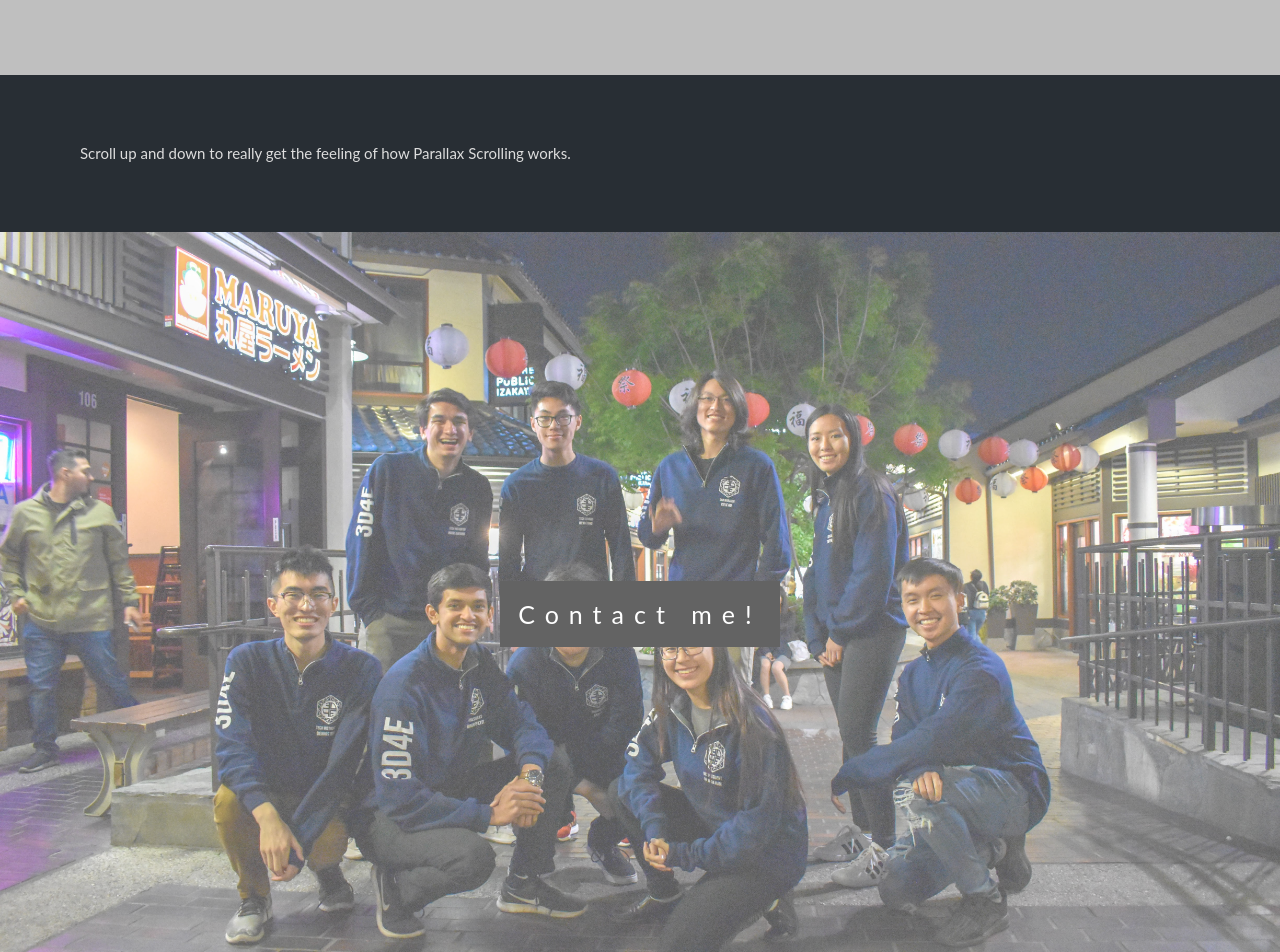
Repository: aliyuanh/me
Page: index.html
The author's editor kept a copy of each file at every save. The page is drawn from the files as they stood at one save, then again after the next save.
The browser window is 1280 px wide. The pictures show the part of the page from y = 1943 to 2895 px (the page is 2895 px tall).
Pictures or frames that could not be fetched are drawn as grey boxes.

Above is the page before, as saved 2020-09-17 00:11:49.

### index.html
<!DOCTYPE html>
<html>

<head>
    <meta name="viewport" content="width=device-width, initial-scale=1">
    <style>
        body,
        html {
            height: 100%;
            margin: 0;
            font: 400 15px/1.8 "Lato", sans-serif;
            color: #777;
        }

        .bgimg-1,
        .bgimg-2,
        .bgimg-3 {
            position: relative;
            opacity: 0.65;
            background-attachment: fixed;
            background-position: center;
            background-repeat: no-repeat;
            background-size: cover;
        }

        .bgimg-1 {
            background-image: url("img/tokyo.jpg");
            min-height: 100%;
        }

        .bgimg-2 {
            background-image: url("img/imagineering.jpg");
            min-height: 400px;
        }

        .bgimg-3 {
            background-image: url("img/cmmnd.png");
            min-height: 400px;
        }

        .caption {
            position: absolute;
            left: 0;
            top: 50%;
            width: 100%;
            text-align: center;
            color: #000;
        }

        .caption span.border {
            background-color: #111;
            color: #fff;
            padding: 18px;
            font-size: 25px;
            letter-spacing: 10px;
        }

        h3 {
            letter-spacing: 5px;
            text-transform: uppercase;
            font: 20px "Lato", sans-serif;
            color: #111;
        }
        /* Turn off parallax scrolling for tablets and phones */

        @media only screen and (max-device-width: 1024px) {
            .bgimg-1,
            .bgimg-2,
            .bgimg-3 {
                background-attachment: scroll;
            }
        }
    </style>
</head>

<body>

    <div class="bgimg-1">
        <div class="caption">
            <span class="border">AMANDA HAN</span>
        </div>
    </div>

    <div style="color: #777;background-color:white;text-align:center;padding:50px 80px;text-align: justify;">
        <h3 style="text-align:center;">Parallax Demo</h3>
        <p>Parallax scrolling is a web site trend where the background content is moved at a different speed than the foreground content while scrolling. Nascetur per nec posuere turpis, lectus nec libero turpis nunc at, sed posuere mollis ullamcorper libero
            ante lectus, blandit pellentesque a, magna turpis est sapien duis blandit dignissim. Viverra interdum mi magna mi, morbi sociis. Condimentum dui ipsum consequat morbi, curabitur aliquam pede, nullam vitae eu placerat eget et vehicula. Varius
            quisque non molestie dolor, nunc nisl dapibus vestibulum at, sodales tincidunt mauris ullamcorper, dapibus pulvinar, in in neque risus odio. Accumsan fringilla vulputate at quibusdam sociis eleifend, aenean maecenas vulputate, non id vehicula
            lorem mattis, ratione interdum sociis ornare. Suscipit proin magna cras vel, non sit platea sit, maecenas ante augue etiam maecenas, porta porttitor placerat leo.</p>
    </div>

    <div class="bgimg-2">
        <div class="caption">
            <span class="border" style="background-color:transparent;font-size:25px;color: #f7f7f7;">LESS HEIGHT</span>
        </div>
    </div>

    <div style="position:relative;">
        <div style="color:#ddd;background-color:#282E34;text-align:center;padding:50px 80px;text-align: justify;">
            <p>Scroll up and down to really get the feeling of how Parallax Scrolling works.</p>
        </div>
    </div>

    <div class="bgimg-3">
        <div class="caption">
            <span class="border" style="background-color:transparent;font-size:25px;color: #f7f7f7;">SCROLL UP</span>
        </div>
    </div>

    <div style="position:relative;">
        <div style="color:#ddd;background-color:#282E34;text-align:center;padding:50px 80px;text-align: justify;">
            <p>Scroll up and down to really get the feeling of how Parallax Scrolling works.</p>
        </div>
    </div>

    <div class="bgimg-1">
        <div class="caption">
            <span class="border">Contact me!</span>
        </div>
    </div>

</body>

</html>

After the next save:
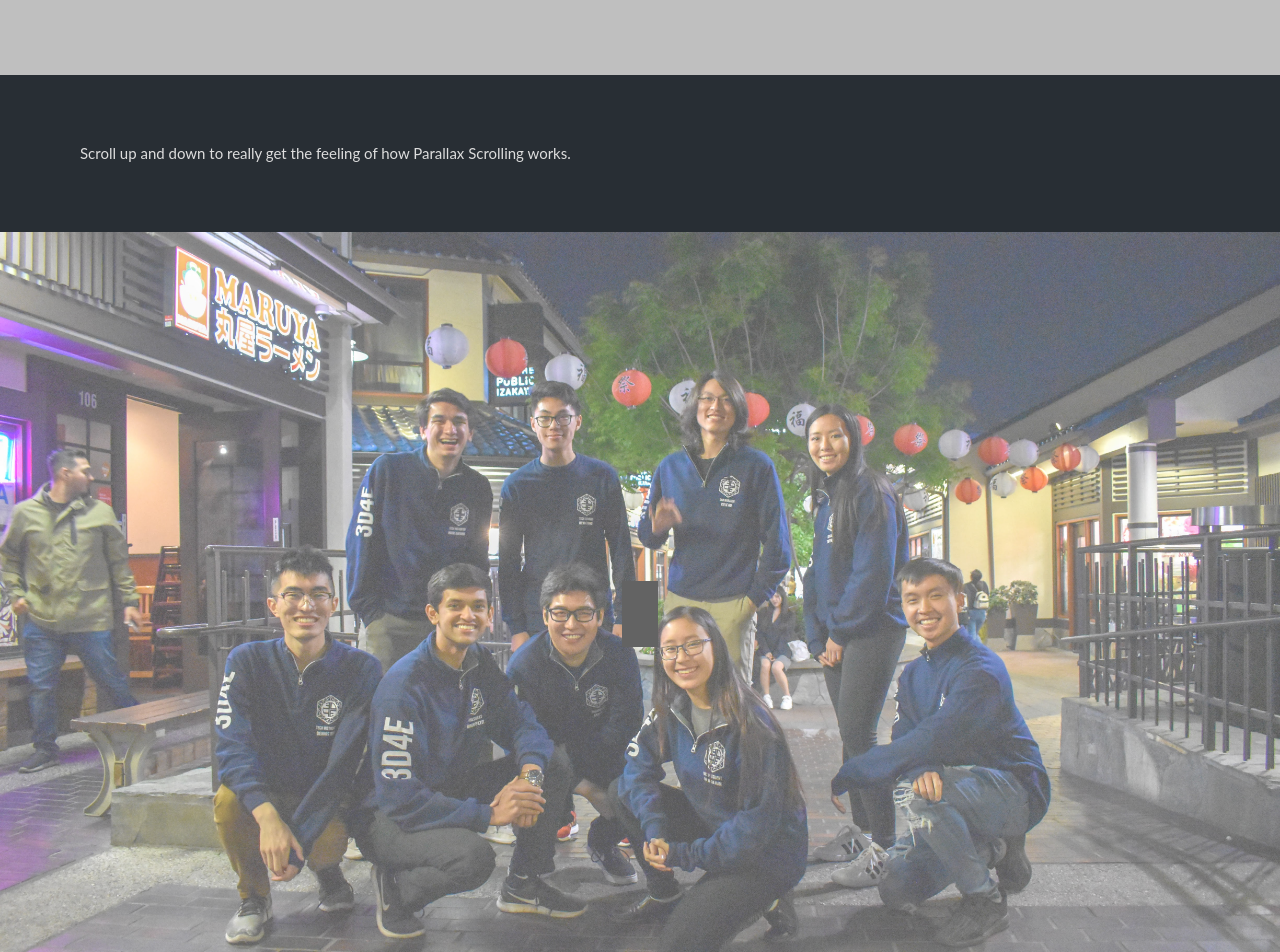
Saved 39 s later.
--- a/index.html
+++ b/index.html
@@ -115,7 +115,7 @@
 
     <div class="bgimg-1">
         <div class="caption">
-            <span class="border">Contact me!</span>
+            <span class="border"><a href="mailto: aliyuanh@ucla.edu"></span>
         </div>
     </div>
 
